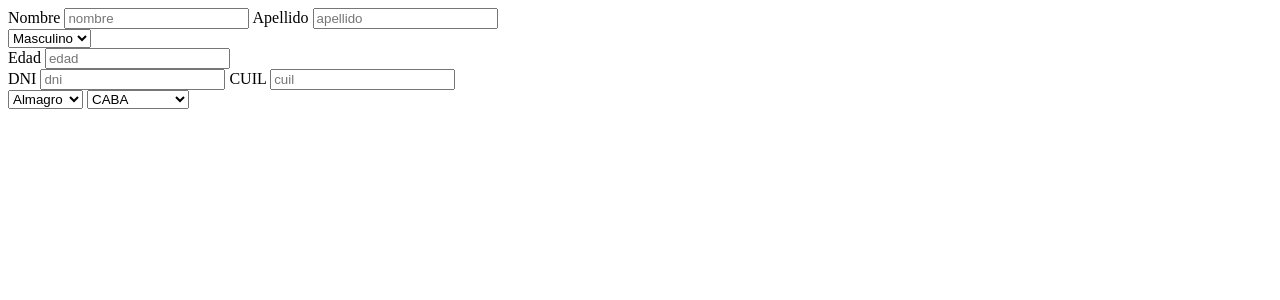
Repository: oskiman18/TP-Final
Page: http://localhost/Tp_integrador_grupo_2/perfil.jsp
These files come from the project's save history. The page is drawn as it stood at one moment and after the next save; the edit follows.
The browser window is 1280 px wide. The pictures show the whole page.
The page is served by Tomcat 9.

Above is the page before, as saved 2021-06-23 16:24:45.

After the next save:
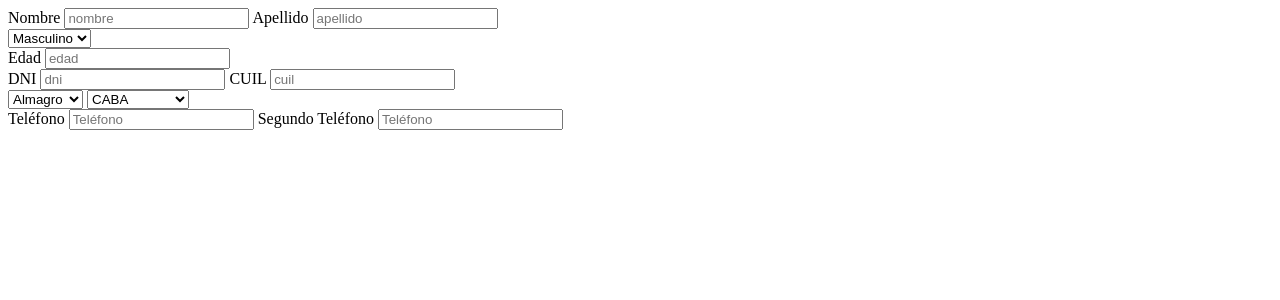
Saved 77 s later.
--- a/Tp_integrador_grupo_2/src/main/webapp/perfil.jsp
+++ b/Tp_integrador_grupo_2/src/main/webapp/perfil.jsp
@@ -50,6 +50,14 @@
 				</select>
 			</div>
 
+			<div>
+				<label for='tel'>Teléfono</label>
+				<input name='tel' type='number' placeholder='Teléfono'>
+
+				<label for='tel2'>Segundo Teléfono</label>
+				<input name='tel2' type='number' placeholder='Teléfono'>
+			</div>
+
 		</form>
 	</body>
 
